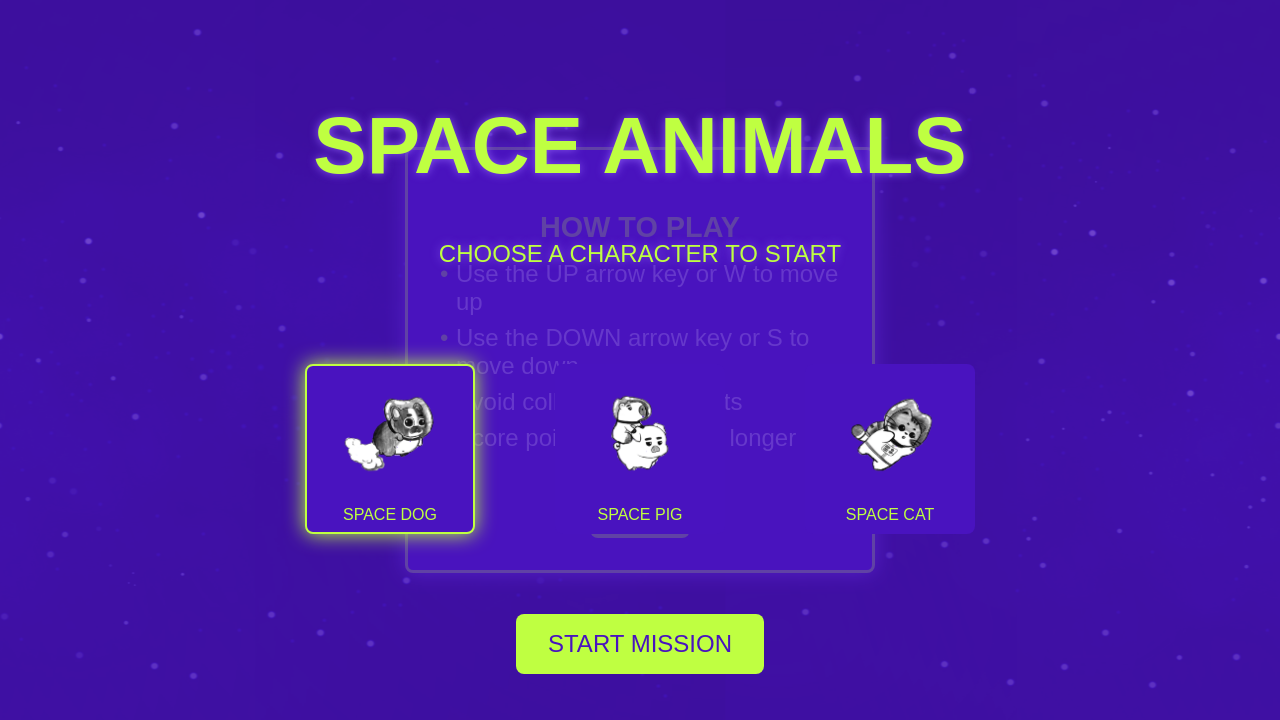
Repository: brunaguarizo/SpaceFarm
Page: index.html
The author's editor kept a copy of each file at every save. The page is drawn from the files as they stood at one save, then again after the next save.
The browser window is 1280 px wide. The pictures show the whole page.
After loading, the first visible `div.character-option` was clicked once.
Some web fonts or font styles are not loaded; a fallback is used.

Above is the page before, as saved 2025-04-27 16:43:06.

### index.html
<!DOCTYPE html>
<html lang="en">
    <head>
        <meta charset="UTF-8" />
        <meta
            name="viewport"
            content="width=device-width, initial-scale=1.0" />
        <title>Space Adventure</title>
        <link
            rel="stylesheet"
            href="styles.css" />

        <link
            rel="preconnect"
            href="https://fonts.googleapis.com" />
        <link
            rel="preconnect"
            href="https://fonts.gstatic.com"
            crossorigin />
        <link
            href="https://fonts.googleapis.com/css2?family=Ranchers&display=swap"
            rel="stylesheet" />
    </head>
    <body>
        <div id="game-container">
            <div class="scrolling-background"></div>
            <!-- ----------------------- Instructions ----------------------- -->
            <div
                id="instructions-container"
                class="instructions-box">
                <h3>HOW TO PLAY</h3>
                <ul>
                    <li>Use the UP arrow key or W to move up</li>
                    <li>Use the DOWN arrow key or S to move down</li>
                    <li>Avoid colliding with planets</li>
                    <li>Score points by surviving longer</li>
                </ul>
                <button id="close-instructions">GOT IT!</button>
            </div>
            <!-- ----------------------- CHARACTER SELESCTION SCREEN ----------------------- -->
            <div id="character-select">
                <h1>SPACE ANIMALS</h1>

                <div class="text">CHOOSE A CHARACTER TO START</div>
                <div class="character-options">
                    <div
                        class="character-option"
                        data-character="astronaut">
                        <div class="character-img">
                            <img
                                src="img/dog.png"
                                alt="Space Dog" />
                        </div>
                        <div class="character-label">SPACE DOG</div>
                    </div>
                    <div
                        class="character-option"
                        data-character="alien">
                        <div class="character-img">
                            <img
                                src="img/pig.png"
                                alt="Space Pig" />
                        </div>
                        <div class="character-label">SPACE PIG</div>
                    </div>
                    <div
                        class="character-option"
                        data-character="robot">
                        <div class="character-img">
                            <img
                                src="img/cat.png"
                                alt="Space Cat" />
                        </div>
                        <div class="character-label">SPACE CAT</div>
                    </div>
                </div>
                <button
                    id="confirm-btn"
                    disabled>
                    START MISSION
                </button>
            </div>

            <!-- ----------------------- GAME SCREEN ----------------------- -->

            <div id="game-screen">
                <div id="player"></div>
                <div id="score-container">
                    <div id="score">SCORE: 0</div>
                    <button id="pause-btn">PAUSE</button>
                </div>
            </div>

            <!-- ----------------------- PAUSE SCREEN ----------------------- -->

            <div id="pause-screen">
                <h2>GAME PAUSED</h2>
                <button id="resume-btn">RESUME</button>
            </div>

            <!-- ----------------------- GAME OVER SCREEN ----------------------- -->

            <div id="game-over">
                <h2>GAME OVER</h2>
                <div id="final-score">SCORE: 0</div>
                <button id="restart-btn">PLAY AGAIN</button>
            </div>
        </div>

        <script src="script.js"></script>
    </body>
</html>

### styles.css
/* ------------------------- GENERAL STYLES ------------------------- */

body {
    margin: 0;
    padding: 0;
    overflow: hidden;
    font-family: var(--font-family);
    background-color: var(--mid-green);
}

#game-container {
    position: relative;
    width: 100vw;
    height: 100vh;
    overflow: hidden;
    background-color: var(--dark-purple);
}

.scrolling-background {
    position: absolute;
    top: 0;
    left: 0;
    width: 300vw;
    height: 100vh;
    background-image: url("img/space-bg.jpg");
    background-size: 100vw 100vh;
    background-repeat: repeat-x;
    animation: scrollBackground 30s linear infinite;
    will-change: transform;
}

@keyframes scrollBackground {
    /* BACKGROUND MOVEMENT */
    0% {
        transform: translateX(0);
    }
    100% {
        transform: translateX(-200vw);
    }
}

#character-select,
#game-screen,
#pause-screen,
#game-over {
    position: relative;
    z-index: 1;
}
/* ------------------------- INSTRUCTION BOX------------------------- */

.instructions-box {
    position: absolute;
    top: 50%;
    left: 50%;
    transform: translate(-50%, -50%);
    background-color: var(--dark-purple);
    border: 3px solid var(--light-green);
    border-radius: var(--space-small);
    padding: var(--space-medium);
    z-index: 10;
    max-width: 400px;
    text-align: center;
    box-shadow: 0 0 20px var(--mid-purple);
}

.instructions-box h3 {
    color: var(--light-green);
    font-size: calc(var(--text) * 1.2);
    margin-bottom: var(--space-regular);
}

.instructions-box ul {
    list-style-type: none;
    padding: 0;
    margin-bottom: var(--space-large);
    text-align: left;
}

.instructions-box li {
    color: var(--light-purple);
    font-size: var(--text);
    margin-bottom: var(--space-small);
    padding-left: var(--space-regular);
    position: relative;
}

.instructions-box li:before {
    content: "•";
    color: var(--light-green);
    position: absolute;
    left: 0;
}

#close-instructions {
    padding: var(--space-small) var(--space-regular);
    background-color: var(--light-green);
    color: var(--dark-purple);
    border: none;
    border-radius: var(--space-small);
    font-size: calc(var(--text) * 0.8);
    font-family: var(--font-family);
    cursor: pointer;
    transition: background-color 0.3s;
}

#close-instructions:hover {
    background-color: var(--mid-green);
}
/* ------------------------- CHARACTER SELECTI ------------------------- */
#character-select {
    position: absolute;
    width: 100%;
    height: 100%;
    display: flex;
    flex-direction: column;
    justify-content: center;
    align-items: center;
    z-index: 10;
    background-color: rgba(73, 19, 191, 0.8);
}

h1 {
    color: var(--light-green);
    font-size: var(--header);
    margin-bottom: var(--space-large);
    text-shadow: 0 0 10px var(--mid-purple);
    text-align: center;
}

.text {
    color: var(--light-green);
    font-size: var(--text);
    text-shadow: 0 0 10px var(--mid-purple);
    text-align: center;
    margin-bottom: var(--space-large);
}

.character-options {
    display: flex;
    gap: var(--space-extra-large);
    margin-top: var(--space-large);
    margin-bottom: var(--space-extra-large);
}

.character-option {
    width: 150px;
    height: 150px;
    background-color: var(--dark-purple);
    border-radius: var(--space-small);
    display: flex;
    flex-direction: column;
    align-items: center;
    justify-content: center;
    cursor: pointer;
    transition: transform 0.3s, box-shadow 0.3s;
    padding: var(--space-small);
    border: 2px solid transparent;
    gap: var(--space-small);
}

.character-option:hover {
    transform: scale(1.05);
    box-shadow: 0 0 15px var(--light-purple);
}

.character-option.selected {
    border-color: var(--light-green);
    box-shadow: 0 0 20px var(--light-green);
}

.character-img {
    width: 100%;
    height: 100%;
    display: block;
}

.character-img img {
    width: 100%;
    height: 100%;
    object-fit: contain;
}

.character-label {
    color: var(--light-green);
    font-size: 16px;
    text-align: center;
    text-transform: uppercase;
}

#confirm-btn {
    padding: var(--space-regular) var(--space-medium);
    background-color: var(--light-green);
    color: var(--dark-purple);
    border: none;
    border-radius: var(--space-small);
    font-size: var(--text);
    font-family: var(--font-family);
    cursor: pointer;
    transition: background-color 0.3s;
    text-transform: uppercase;
}

#confirm-btn:hover {
    background-color: var(--mid-green);
}

#confirm-btn:disabled {
    background-color: #cccccc;
    cursor: not-allowed;
}

/* ------------------------- GAME SCREEN -------------------------*/
#game-screen {
    display: none;
    position: absolute;
    width: 100%;
    height: 100%;
    z-index: 5;
}

#player {
    position: absolute;
    width: 250px;
    height: 250px;
    left: var(--space-extra-large);
    top: 50%;
    transform: translateY(-50%);
    line-height: 1;
    z-index: 5;
}

#player img {
    width: 100%;
    height: 100%;
    object-fit: contain;
}

.asteroid {
    position: absolute;
    width: 100px;
    height: 100px;
    border-radius: 50%;
    overflow: hidden;
    box-shadow: 0 0 15px var(--light-purple);
}

.asteroid img {
    width: 100%;
    height: 100%;
    object-fit: cover;
}

#score-container {
    position: absolute;
    top: var(--space-regular);
    right: var(--space-regular);
    display: flex;
    align-items: center;
    gap: var(--space-regular);
    z-index: 5;
}

#score {
    color: var(--light-green);
    font-size: var(--text);
    font-weight: bold;
    background-color: var(--dark-purple);
    padding: var(--space-small) var(--space-regular);
    border-radius: var(--space-small);
    border: 2px solid var(--light-green);
    text-transform: uppercase;
}

#pause-btn {
    background-color: var(--dark-purple);
    color: var(--light-green);
    border: 2px solid var(--light-green);
    border-radius: var(--space-small);
    font-size: var(--text);
    font-family: var(--font-family);
    padding: var(--space-small) var(--space-regular);
    cursor: pointer;
    transition: all 0.3s;
    text-transform: uppercase;
}

#pause-btn:hover {
    background-color: var(--mid-purple);
    box-shadow: 0 0 10px var(--light-purple);
}

/* ------------------------- GAME OVER SCREEN ------------------------- */
#game-over {
    display: none;
    position: absolute;
    top: 0;
    left: 0;
    width: 100%;
    height: 100%;
    background-color: rgba(73, 19, 191, 0.8);
    z-index: 15;
    flex-direction: column;
    justify-content: center;
    align-items: center;
}

#game-over h2 {
    color: var(--light-pink);
    font-size: var(--header);
    margin-bottom: var(--space-regular);
    text-shadow: 0 0 10px var(--mid-pink);
}

#final-score {
    color: var(--light-green);
    font-size: var(--text);
    margin-bottom: var(--space-extra-large);
}

#restart-btn {
    padding: var(--space-regular) var(--space-medium);
    background-color: var(--light-green);
    color: var(--dark-purple);
    border: none;
    border-radius: var(--space-small);
    font-size: var(--text);
    font-family: var(--font-family);
    cursor: pointer;
    transition: background-color 0.3s;
}

#restart-btn:hover {
    background-color: var(--mid-green);
}

/* ------------------------- UTILITY STYLES ------------------------- */

.invisible {
    opacity: 0;
}

/* ------------------------- PAUSE SCREEN ------------------------- */

#pause-screen {
    display: none;
    position: absolute;
    top: 0;
    left: 0;
    width: 100%;
    height: 100%;
    background-color: rgba(73, 19, 191, 0.8);
    z-index: 12;
    flex-direction: column;
    justify-content: center;
    align-items: center;
    color: var(--light-green);
}

#pause-screen h2 {
    font-size: var(--header);
    margin-bottom: var(--space-extra-large);
}

#resume-btn {
    padding: var(--space-regular) var(--space-medium);
    background-color: var(--light-green);
    color: var(--dark-purple);
    border: none;
    border-radius: var(--space-small);
    font-size: var(--text);
    font-family: var(--font-family);
    cursor: pointer;
    transition: background-color 0.3s;
}

#resume-btn:hover {
    background-color: var(--mid-green);
}

/* --------------------------- VARIABLES  --------------------------- */
:root {
    --font-family: "Ranchers", sans-serif;
    --header: 80px;
    --text: 24px;

    --light-green: #bfff41;
    --mid-green: #a3de1a;
    --dark-green: #46b800;
    --light-pink: #ffc2ec;
    --mid-pink: #f0429c;
    --dark-pink: #910b64;
    --light-purple: #dcccff;
    --mid-purple: #8655ef;
    --dark-purple: #4913bf;

    --space-extra-small: 4px;
    --space-small: 8px;
    --space-regular: 16px;
    --space-medium: 32px;
    --space-large: 48px;
    --space-extra-large: 80px;
    --space-huge: 160px;
}

### script.js
// Game variables
let selectedCharacter = "";
let score = 0;
let playerElement;
let gameRunning = false;
let isPaused = false;
let playerY;
let asteroids = [];
let gameLoopInterval;
let asteroidInterval;
let gameHeight;
let gameWidth;
let speedMultiplier = 1; // Added speed multiplier
let spawnIntervalMultiplier = 1; // Added spawn interval multiplier
const BASE_SPAWN_INTERVAL = 1500; // Base spawn interval in milliseconds

// Character image mapping - using the exact filenames from the img folder
const characterImages = {
    astronaut: "img/dog.png",
    alien: "img/pig.png",
    robot: "img/cat.png",
};

// Planet image options - using the exact filenames from the img folder
const planetImages = [
    "img/planet1.png",
    "img/planet2.png",
    "img/planet3.png",
    "img/planet4.png",
    "img/planet5.png",
    "img/planet6.png",
];

// DOM elements
const characterOptions = document.querySelectorAll(".character-option");
const confirmBtn = document.getElementById("confirm-btn");
const characterSelectScreen = document.getElementById("character-select");
const gameScreen = document.getElementById("game-screen");
const pauseBtn = document.getElementById("pause-btn");
const pauseScreen = document.getElementById("pause-screen");
const resumeBtn = document.getElementById("resume-btn");
const gameOverScreen = document.getElementById("game-over");
const finalScoreDisplay = document.getElementById("final-score");
const restartBtn = document.getElementById("restart-btn");
const scoreDisplay = document.getElementById("score");
const instructionsContainer = document.getElementById("instructions-container");
const closeInstructionsBtn = document.getElementById("close-instructions");

// Initialize the game
function init() {
    console.log("Game initializing...");

    // Character selection event listeners
    characterOptions.forEach((option) => {
        option.addEventListener("click", () => {
            console.log("Character option clicked:", option.dataset.character);
            // Remove selected class from all options
            characterOptions.forEach((opt) => opt.classList.remove("selected"));
            // Add selected class to clicked option
            option.classList.add("selected");
            // Store selected character
            selectedCharacter = option.dataset.character;
            // Enable confirm button
            confirmBtn.disabled = false;
            console.log("Selected character:", selectedCharacter);
        });
    });

    // Confirm button event listener
    confirmBtn.addEventListener("click", () => {
        console.log("Start button clicked, showing instructions...");

        // Hide character selection screen
        characterSelectScreen.style.display = "none";

        // Show instructions screen after selecting character
        instructionsContainer.style.display = "block";
    });

    // Instructions Button listener and displays
    closeInstructionsBtn.addEventListener("click", () => {
        instructionsContainer.style.display = "none"; // Hide instructions
        // Show game screen after instructions
        gameScreen.style.display = "block";
        startGame(); // Start the game after closing instructions
    });

    // Pause button event listener
    pauseBtn.addEventListener("click", togglePause);

    // Resume button event listener
    resumeBtn.addEventListener("click", togglePause);

    // Restart button event listener
    restartBtn.addEventListener("click", restartGame);

    // Keyboard event listeners
    document.addEventListener("keydown", handleKeyPress);

    console.log("Game initialized successfully");
}

// Start the game
function startGame() {
    console.log("Starting game with character:", selectedCharacter);

    if (!selectedCharacter) {
        console.error("No character selected!");
        return;
    }

    // Hide character selection screen
    characterSelectScreen.style.display = "none";
    // Show game screen
    gameScreen.style.display = "block";

    // Set up player
    playerElement = document.getElementById("player");
    if (!playerElement) {
        console.error("Player element not found!");
        return;
    }

    const playerImagePath = characterImages[selectedCharacter];
    console.log("Loading player image:", playerImagePath);

    // Create image element with error handling
    const playerImg = document.createElement("img");
    playerImg.src = playerImagePath;
    playerImg.alt = "Player";
    playerImg.onerror = function () {
        console.error("Error loading player image:", playerImagePath);
        // Fallback to text if image fails to load
        playerElement.innerHTML = "Player";
    };
    playerElement.innerHTML = "";
    playerElement.appendChild(playerImg);

    // Initialize variables
    gameHeight = window.innerHeight;
    gameWidth = window.innerWidth;
    score = 0;
    speedMultiplier = 1; // Reset speed multiplier
    spawnIntervalMultiplier = 1; // Reset spawn interval multiplier
    updateScore();
    playerY = gameHeight / 2;
    gameRunning = true;
    isPaused = false;
    asteroids = [];

    // Position player
    updatePlayerPosition();

    // Start game loop
    gameLoopInterval = setInterval(gameLoop, 16); // ~60fps

    // Start spawning planets
    spawnPlanet(); // Spawn first planet immediately
    asteroidInterval = setInterval(spawnPlanet, BASE_SPAWN_INTERVAL);

    console.log("Game started successfully");
}

// Game loop
function gameLoop() {
    if (!gameRunning || isPaused) return;

    // Move planets
    movePlanets();

    // Check collisions
    checkCollisions();
}

// Handle keyboard input
function handleKeyPress(e) {
    if (!gameRunning || isPaused) return;

    const moveDistance = 60; // Increased for even faster movement

    if (e.key === "ArrowUp" || e.key === "w") {
        // Move up
        playerY = Math.max(125, playerY - moveDistance);
        updatePlayerPosition();
    } else if (e.key === "ArrowDown" || e.key === "s") {
        // Move down
        playerY = Math.min(gameHeight - 125, playerY + moveDistance);
        updatePlayerPosition();
    }
}

// Update player position on screen
function updatePlayerPosition() {
    playerElement.style.left = `${gameWidth * 0.2}px`;
    playerElement.style.top = `${playerY}px`;
}

// Spawn a new planet
function spawnPlanet() {
    if (!gameRunning || isPaused) return;

    // Create planet element
    const planet = document.createElement("div");
    planet.classList.add("asteroid"); // Keep the same class for styling

    // Set random planet type
    const planetType =
        planetImages[Math.floor(Math.random() * planetImages.length)];
    console.log("Loading planet image:", planetType);

    // Create image element with error handling
    const planetImg = document.createElement("img");
    planetImg.src = planetType;
    planetImg.alt = "Planet";
    planetImg.onerror = function () {
        console.error("Error loading planet image:", planetType);
        // Fallback to text if image fails to load
        planet.innerHTML = "Planet";
    };
    planet.appendChild(planetImg);

    // Set random position (y-axis)
    const planetY = Math.random() * (gameHeight - 100) + 50;

    // Set planet properties
    planet.style.left = `${gameWidth}px`;
    planet.style.top = `${planetY}px`;

    // Add to game screen
    gameScreen.appendChild(planet);

    // Calculate base speed and apply multiplier
    const baseSpeed = Math.random() * 2 + 3; // Base speed between 3-5
    const finalSpeed = baseSpeed * speedMultiplier;

    // Add to asteroids array
    asteroids.push({
        element: planet,
        x: gameWidth,
        y: planetY,
        speed: finalSpeed,
        passed: false,
    });
}

// Move all planets
function movePlanets() {
    for (let i = asteroids.length - 1; i >= 0; i--) {
        // Exit if game is no longer running (e.g., after collision)
        if (!gameRunning || isPaused) return;

        const planet = asteroids[i];

        // Move planet
        planet.x -= planet.speed;
        planet.element.style.left = `${planet.x}px`;

        // Check if planet passed the player
        if (!planet.passed && planet.x < 100) {
            planet.passed = true;
            score += 10;
            updateScore();
        }

        // Remove planet if it's off-screen
        if (planet.x < -50) {
            gameScreen.removeChild(planet.element);
            asteroids.splice(i, 1);
        }
    }
}

// Check for collisions
function checkCollisions() {
    const playerRect = {
        x: gameWidth * 0.2 + 50, // Adjust left position to target character center
        y: playerY - 30, // Adjust top position to target character center
        width: 100, // Smaller width for more accurate collision
        height: 100, // Smaller height for more accurate collision
    };

    for (const planet of asteroids) {
        const planetRect = {
            x: planet.x,
            y: planet.y - 30,
            width: 60,
            height: 60,
        };

        // Check if player and planet rectangles intersect
        if (
            playerRect.x < planetRect.x + planetRect.width &&
            playerRect.x + playerRect.width > planetRect.x &&
            playerRect.y < planetRect.y + planetRect.height &&
            playerRect.y + playerRect.height > planetRect.y
        ) {
            // Collision detected
            gameOver();
            return;
        }
    }
}

// Update score display
function updateScore() {
    scoreDisplay.textContent = `Score: ${score}`;
    // Increase speed multiplier based on score
    speedMultiplier = 1 + score * 0.01;
    // Decrease spawn interval multiplier based on score
    spawnIntervalMultiplier = Math.max(0.3, 1 - score * 0.005); // Minimum interval multiplier of 0.3

    // Update the spawn interval if the game is running
    if (gameRunning && !isPaused) {
        clearInterval(asteroidInterval);
        const newInterval = BASE_SPAWN_INTERVAL * spawnIntervalMultiplier;
        asteroidInterval = setInterval(spawnPlanet, newInterval);
    }
}

// Toggle pause state
function togglePause() {
    isPaused = !isPaused;

    if (isPaused) {
        pauseScreen.style.display = "flex";
        clearInterval(asteroidInterval);
    } else {
        pauseScreen.style.display = "none";
        // Resume with current spawn interval
        asteroidInterval = setInterval(
            spawnPlanet,
            BASE_SPAWN_INTERVAL * spawnIntervalMultiplier
        );
    }
}

// Game over
function gameOver() {
    gameRunning = false;

    // Clear intervals
    clearInterval(gameLoopInterval);
    clearInterval(asteroidInterval);

    // Remove all planets
    asteroids.forEach((planet) => {
        gameScreen.removeChild(planet.element);
    });
    asteroids = [];

    // Update final score
    finalScoreDisplay.textContent = `Final Score: ${score}`;

    // Show game over screen
    gameOverScreen.style.display = "flex";
}

// Restart game
function restartGame() {
    // Clear planets
    asteroids.forEach((planet) => {
        if (planet.element.parentNode) {
            planet.element.parentNode.removeChild(planet.element);
        }
    });

    // Hide game over screen
    gameOverScreen.style.display = "none";

    // Go back to character selection
    gameScreen.style.display = "none";
    characterSelectScreen.style.display = "flex";

    // Reset character selection
    characterOptions.forEach((opt) => opt.classList.remove("selected"));
    confirmBtn.disabled = true;
    selectedCharacter = "";
}

// Initialize the game when the page loads
window.addEventListener("load", init);

After the next save:
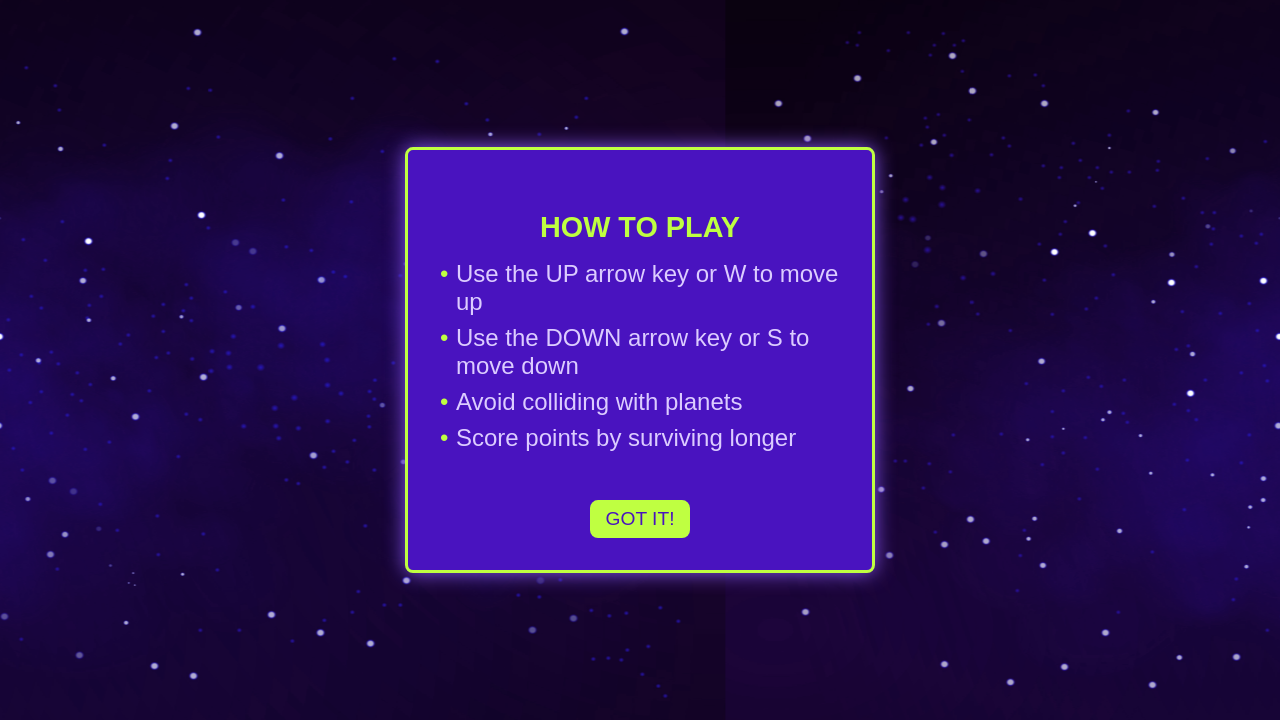
Saved 41 s later.
--- a/script.js
+++ b/script.js
@@ -58,6 +58,7 @@ function init() {
             characterOptions.forEach((opt) => opt.classList.remove("selected"));
             // Add selected class to clicked option
             option.classList.add("selected");
+            characterSelectScreen.style.visibility = "hidden";
             // Store selected character
             selectedCharacter = option.dataset.character;
             // Enable confirm button
